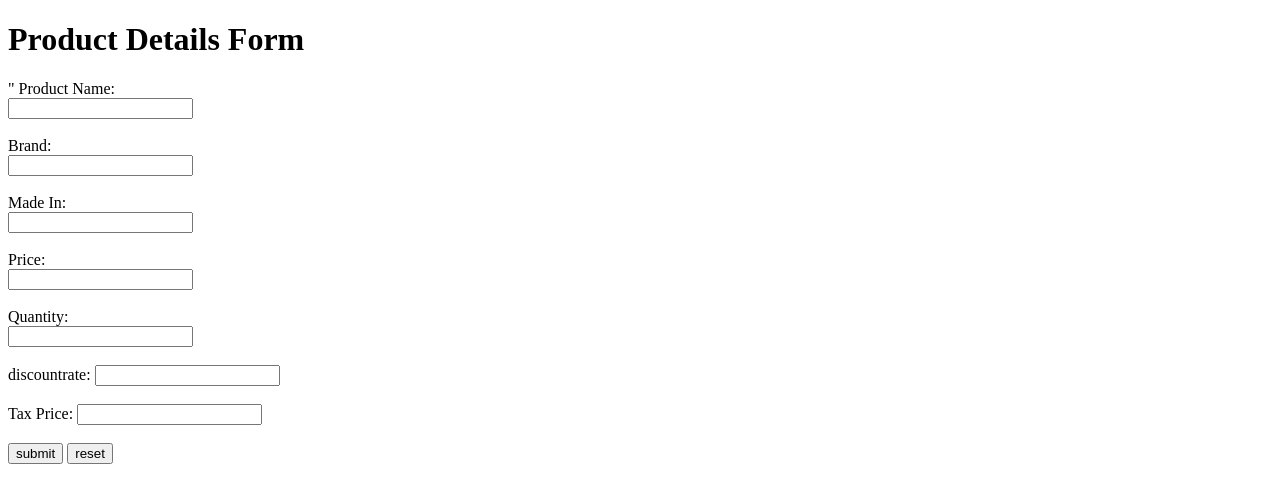
Repository: sandyakhi/springboot
Page: http://localhost/add-product
An editor plug-in stored every save of this project. The page is shown before and after the next save, followed by the edit.
The browser window is 1280 px wide. The pictures show the whole page.
The page is this project's Thymeleaf template; nobody is signed in. The template is opened directly, without the code that normally fills it, so the values that code supplies are empty.

Above is the page before, as saved 2024-12-23 07:42:36.

After the next save:
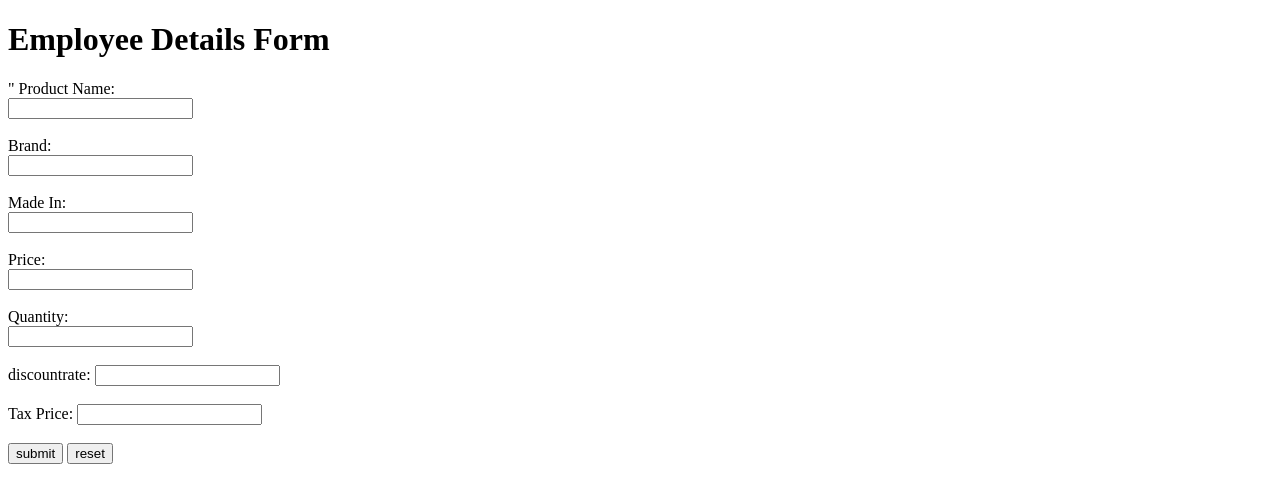
Saved 18 s later.
--- a/springboot/src/main/resources/templates/add-product.html
+++ b/springboot/src/main/resources/templates/add-product.html
@@ -1,10 +1,10 @@
 <!DOCTYPE html>
 <html>
 	<head>
-		<title>Products</title>
+		<title>Employees</title>
 	</head>
 	<body>
-		<h1>Product Details Form</h1>
+		<h1>Employee Details Form</h1>
 		<form th:action="@{/saveemployee}" method="post">"
 
 			<label for="name">Product Name:</label><br>
